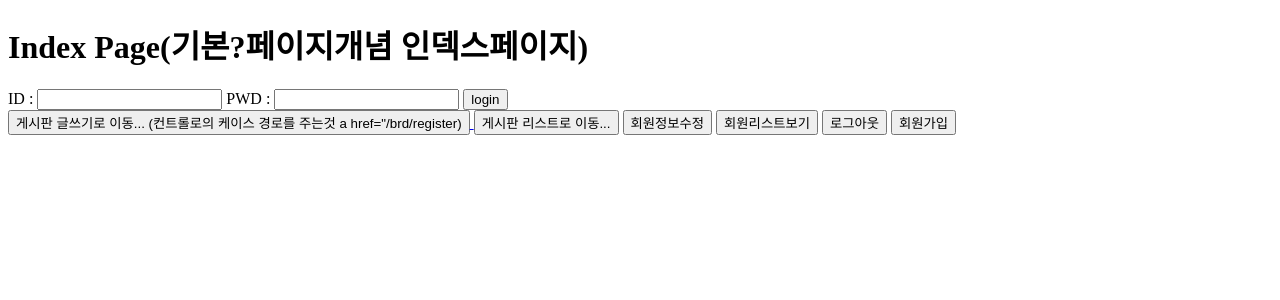
Repository: gatsby5959/_jsp_workspace_brd-mem_copy
Page: http://localhost/jsp_BoardMember/
An editor plug-in stored every save of this project. The page is shown before and after the next save, followed by the edit.
The browser window is 1280 px wide. The pictures show the whole page.
The page is served by Tomcat 9. Other server files are loaded and not shown.

Above is the page before, as saved 2023-09-08 07:56:41.

### jsp_BoardMember/src/main/webapp/index.jsp
<%@ page language="java" contentType="text/html; charset=UTF-8"
    pageEncoding="UTF-8"%>
<!DOCTYPE html>
<html>
<head>
<meta charset="UTF-8">
<title>Insert title here</title>
</head>
<body>
<h1>Index Page(기본?페이지개념 인덱스페이지)</h1>

<form action="/mem/login" method="post">
	ID : <input type="text" name ="id">
	PWD : <input type="text" name ="pwd">
	<button type="submit">login</button>
</form>

<%--
<ul>
	<li><!-- .jsp파일에서는 컨트롤러를 거치게 하려면 /brd/를 일단 쓴다 컨트롤러에 @WebServlet("/brd/*") 써놓았다. .jsp파일중 모든 /brd/는 잡히면 컨트롤러가 읽을 예정이다. -->
		<a href="/brd/register">게시판 글쓰기로 이동... (컨트롤로의 케이스 경로를 주는것 a href="/brd/register)  </a>
	</li>
	<li>
		<a href="/brd/list">게시판 리스트로 이동...</a>
	</li>
	<li>
		<a href="#">회원정보수정</a>
	</li>
	<li>
		<a href="#">회원리스트보기</a>
	</li>
	<li>
		<a href="#">로그아웃</a>
	</li>
	<li>
		<a href="#">회원가입</a>
	</li>
</ul>
--%>


	<!-- .jsp파일에서는 컨트롤러를 거치게 하려면 /brd/를 일단 쓴다 컨트롤러에 @WebServlet("/brd/*") 써놓았다. .jsp파일중 모든 /brd/는 잡히면 컨트롤러가 읽을 예정이다. -->
	<a href="/brd/register"><button>게시판 글쓰기로 이동... (컨트롤로의 케이스 경로를 주는것 a href="/brd/register)</button> </a>

	<a href="/brd/list"><button>게시판 리스트로 이동...</button></a>

	<a href="#"><button>회원정보수정</button></a>

	<a href="#"><button>회원리스트보기</button></a>

	<a href="#"><button>로그아웃</button></a>

	<a href="#"><button>회원가입</button></a>







</body>
</html>

After the next save:
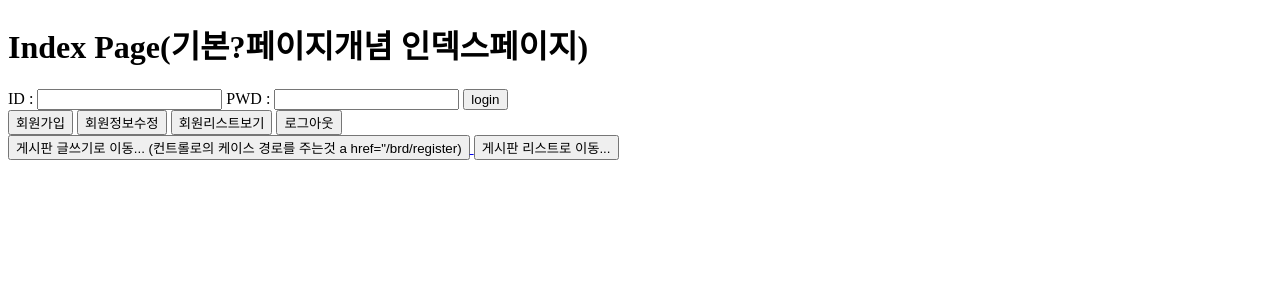
Saved 39 s later.
--- a/jsp_BoardMember/src/main/webapp/index.jsp
+++ b/jsp_BoardMember/src/main/webapp/index.jsp
@@ -38,19 +38,25 @@
 </ul>
 --%>
 
+	<a href="#"><button>회원가입</button></a>
+
+	<a href="#"><button>회원정보수정</button></a>
+
+		<a href="#"><button>회원리스트보기</button></a>
+
+			<a href="#"><button>로그아웃</button></a> <br>
 
 	<!-- .jsp파일에서는 컨트롤러를 거치게 하려면 /brd/를 일단 쓴다 컨트롤러에 @WebServlet("/brd/*") 써놓았다. .jsp파일중 모든 /brd/는 잡히면 컨트롤러가 읽을 예정이다. -->
 	<a href="/brd/register"><button>게시판 글쓰기로 이동... (컨트롤로의 케이스 경로를 주는것 a href="/brd/register)</button> </a>
 
 	<a href="/brd/list"><button>게시판 리스트로 이동...</button></a>
 
-	<a href="#"><button>회원정보수정</button></a>
 
-	<a href="#"><button>회원리스트보기</button></a>
 
-	<a href="#"><button>로그아웃</button></a>
 
-	<a href="#"><button>회원가입</button></a>
+
+
+
 
 
 
